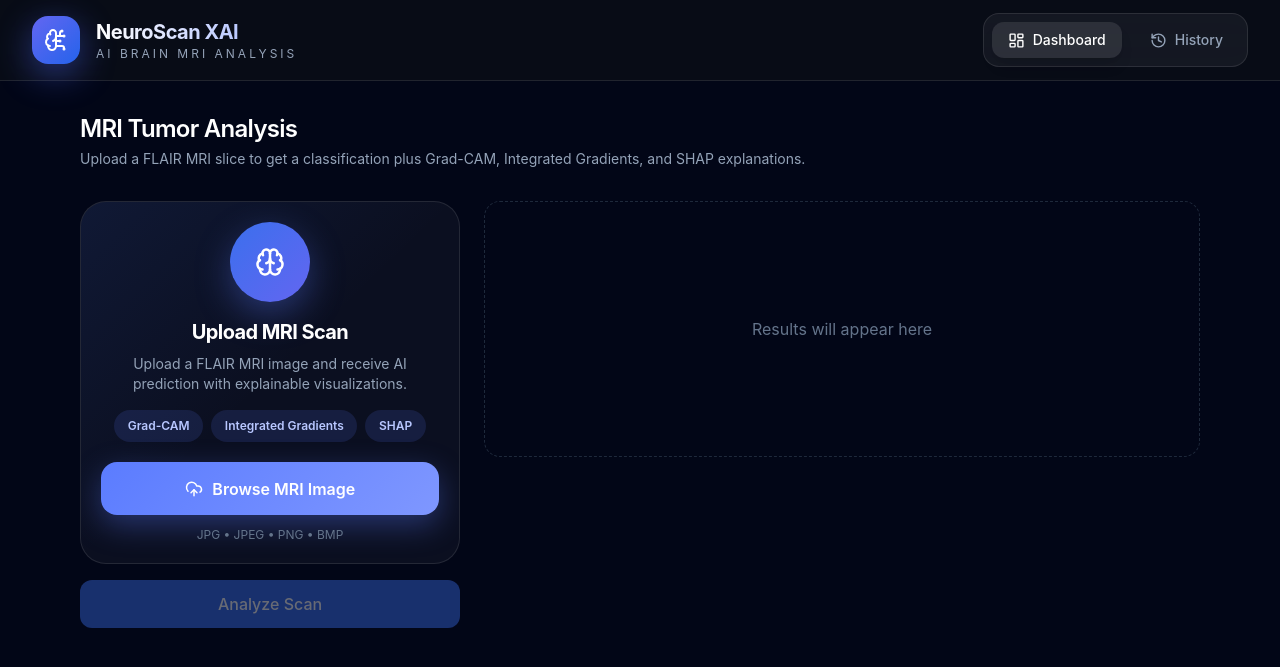
Repository: yashwanth252005/Major_project
Page: / (app in frontend/)
These files come from the project's save history. The page is drawn as it stood at one moment and after the next save; the edit follows.
The browser window is 1280 px wide. The pictures show the whole page.
The project was rebuilt for these pictures with package versions that can differ from the ones it lists, and the page was loaded fresh each time. Also part of the build but not shown: frontend/vite.config.js, frontend/src/components/ReportImage.jsx, frontend/src/components/ResultPanel.jsx, frontend/src/pages/History.jsx, frontend/src/pages/ScanDetail.jsx.

Above is the page before, as saved 2026-08-07 21:35:46.

After the next save:
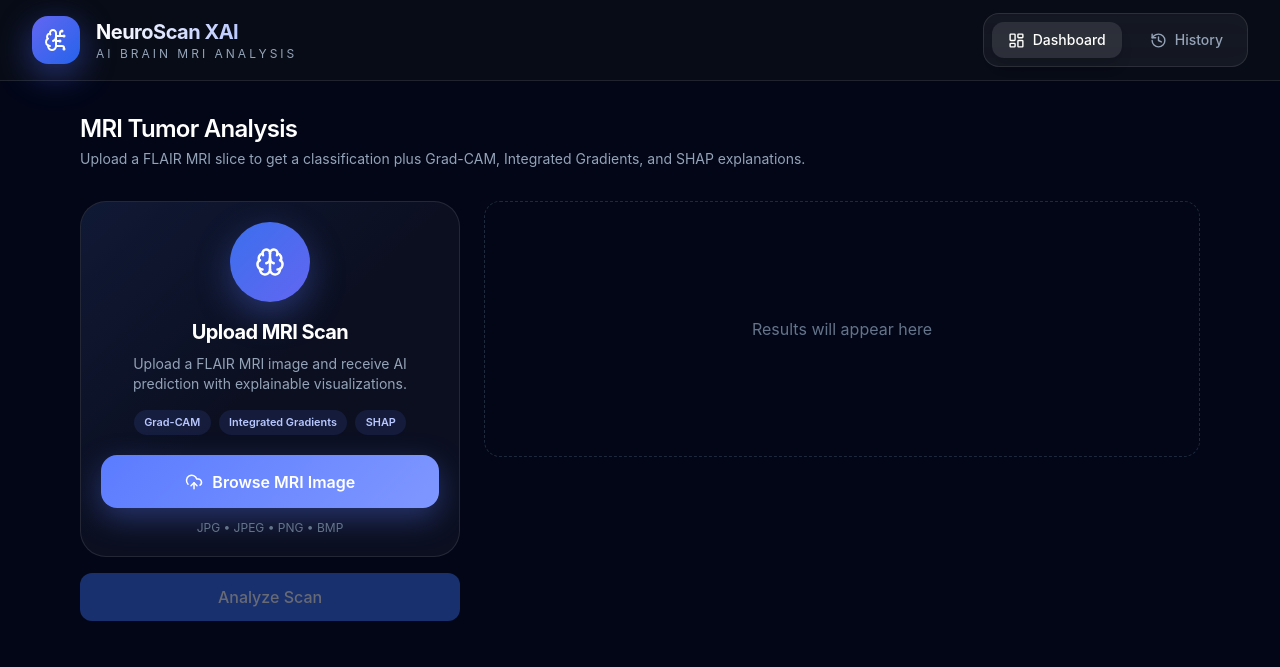
Saved 25 s later.
--- a/frontend/src/index.css
+++ b/frontend/src/index.css
@@ -255,21 +255,13 @@ img{
 }
 
 .badge{
-
   display:inline-flex;
-
   align-items:center;
-
-  padding:.45rem .85rem;
-
+  padding:.28rem .65rem;
   border-radius:999px;
-
-  font-size:.75rem;
-
+  font-size:.68rem;
   font-weight:600;
-
-  background:rgba(91,124,255,.14);
-
+  background:rgba(91,124,255,.12);
   color:#b8c7ff;
 }
 
